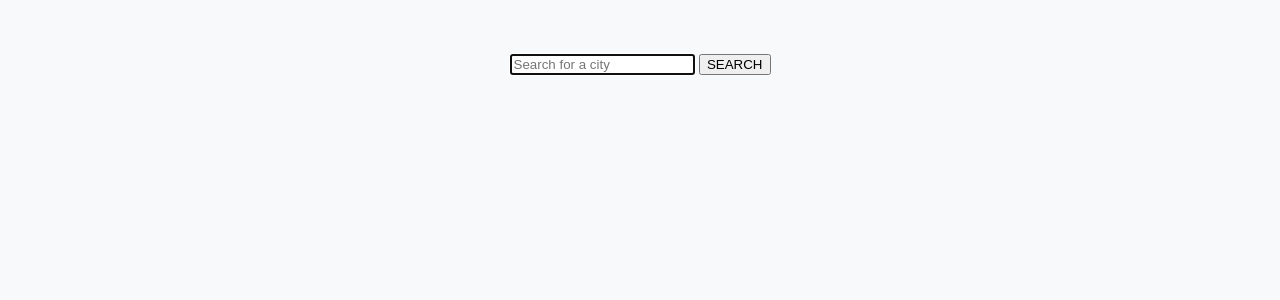
Repository: m0llyc00k/web-advanced
Page: NYC_weather_midterm/index_MC.html
The author's editor kept a record of every edit. The page is drawn from the files as they stood at one moment, then again after the next edit.
The browser window is 1280 px wide. The pictures show the whole page.
Some web fonts or font styles are not loaded; a fallback is used.

Above is the page before.

After the next edit:
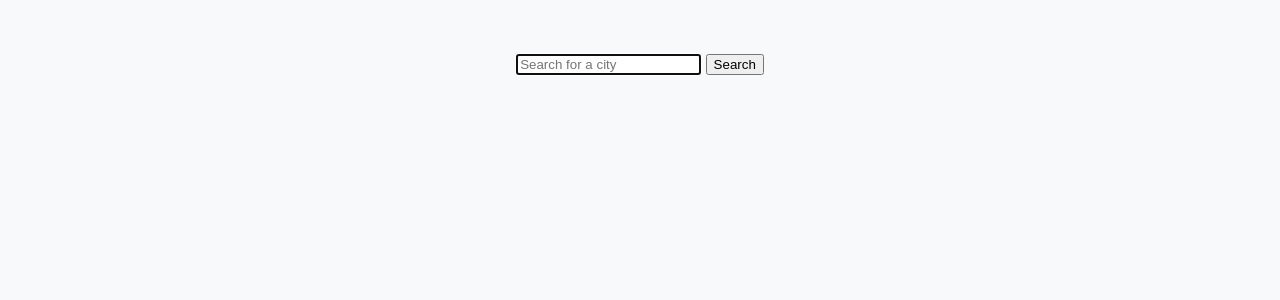
The edit:
--- a/NYC_weather_midterm/index_MC.html
+++ b/NYC_weather_midterm/index_MC.html
@@ -20,7 +20,7 @@
         <div class="container">
             <form>
                 <input type="text" placeholder="Search for a city" autofocus>
-                <button type="submit">SEARCH</button>
+                <button class = "button" type="submit">Search</button>
                 <span class="msg"></span>
             </form>
         </div>
